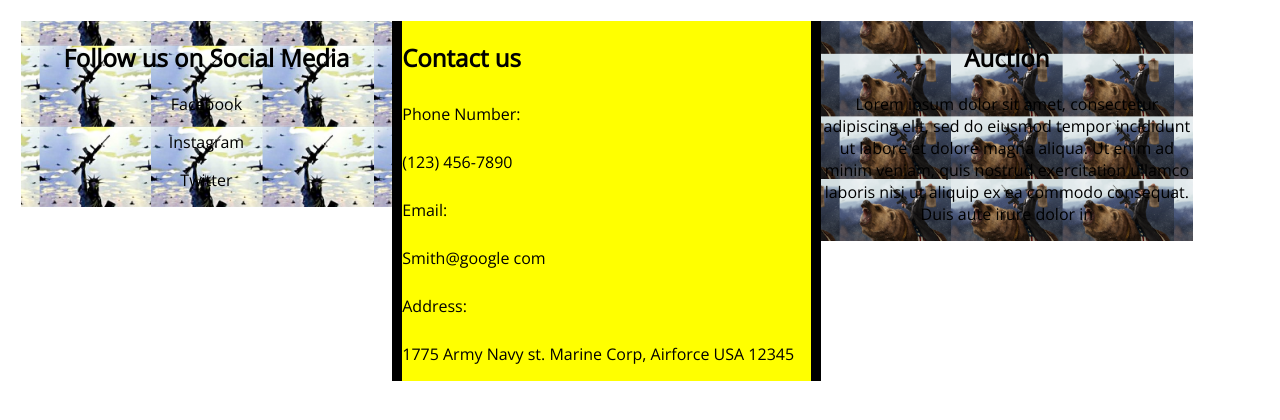
Repository: 3EyEdRav3n/10-2020-cohort-course
Page: week-1/Week-1 Assignment/index.html
The author's editor kept a copy of each file at every save. The page is drawn from the files as they stood at one save, then again after the next save.
The browser window is 1280 px wide. The pictures show the whole page.

Above is the page before, as saved 2020-11-01 21:54:28.

### week-1/Week-1 Assignment/index.html
<!DOCTYPE html>
<html lang="en">
  <head>
    <meta charset="UTF-8" />
    <meta name="viewport" content="width=device-width, initial-scale=1.0" />
    <link rel="stylesheet" href="./styles.css" />
    <link
      href="https://fonts.googleapis.com/css2?family=Open+Sans&display=swap"
      rel="stylesheet"
    />
    <link
      href="https://fonts.googleapis.com/css2?family=Open+Sans&family=Roboto+Slab:wght@500&display=swap"
      rel="stylesheet"
    />

    <title>VetTech</title>
  </head>
  <body>
    <div class="container">
      <div class="left-col">
        <h2>Follow us on Social Media</h2>
        <p>Facebook</p>
        <p>Instagram</p>
        <p>Twitter</p>
      </div>

      <div class="center-col">
        <h2>Contact us</h2>
        <p class="ph">Phone Number:
          <p>(123) 456-7890</p>
        </p>
        <p class="em">Email:
          <p>Smith@google com</p>
        </p>

        <p class="add">
          Address:
          <p>1775 Army Navy st. Marine Corp, Airforce USA 12345</p>
        </p>
      </div>
      <div class="right-col">
        <h2>Auction</h2>
        <p>
          Lorem ipsum dolor sit amet, consectetur adipiscing elit, sed do
          eiusmod tempor incididunt ut labore et dolore magna aliqua. Ut enim ad
          minim veniam, quis nostrud exercitation ullamco laboris nisi ut
          aliquip ex ea commodo consequat. Duis aute irure dolor in
        </p>
      </div>
    </div>
  </body>
</html>

### week-1/Week-1 Assignment/styles.css

.container{
        box-sizing: border-box;
        font-family: 'Open Sans', sans-serif;
        min-height:500px;
        padding: 1%;
}
.left-col{
        background-image: url("/images/liberty.jpg");
        background-position: bottom center;
        background-size: 30%;
        background-color: #cccccc;
        float: left;
        text-align: center;
        width: 30%;
}
.center-col{
        background-color: yellow;
        border-left: 10px solid;
        border-right: 10px solid;
        float: left;
        text-align: left;
        width: 33%;
}
.right-col{
        background-image: url("/images/lincoln.jpg");
        background-position: bottom center;
        background-size: 30%;
        background-color: #cccccc;
        float: left;
        text-align: center;
        width: 30%;

}
.ph{
        padding-top: 10px;
        padding-bottom: 10px;
        text-align: left;
}
.em{
        padding-top: 10px;
        padding-bottom: 10px;
        text-align: left;
}
.add{
        padding-top: 10px;
        padding-bottom: 10px;
        text-align: left;
}


h1 {
        font-family: 'Open Sans', sans-serif;
}

After the next save:
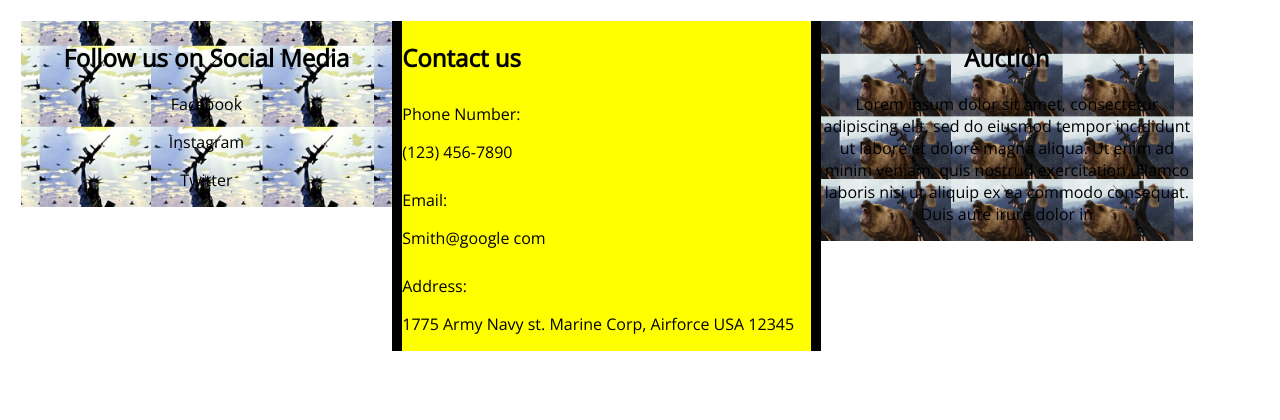
Saved 17 s later.
--- a/week-1/Week-1 Assignment/styles.css
+++ b/week-1/Week-1 Assignment/styles.css
@@ -34,17 +34,17 @@
 }
 .ph{
         padding-top: 10px;
-        padding-bottom: 10px;
+        padding-bottom: 0px;
         text-align: left;
 }
 .em{
         padding-top: 10px;
-        padding-bottom: 10px;
+        padding-bottom: 0px;
         text-align: left;
 }
 .add{
         padding-top: 10px;
-        padding-bottom: 10px;
+        padding-bottom: 0px;
         text-align: left;
 }
 
